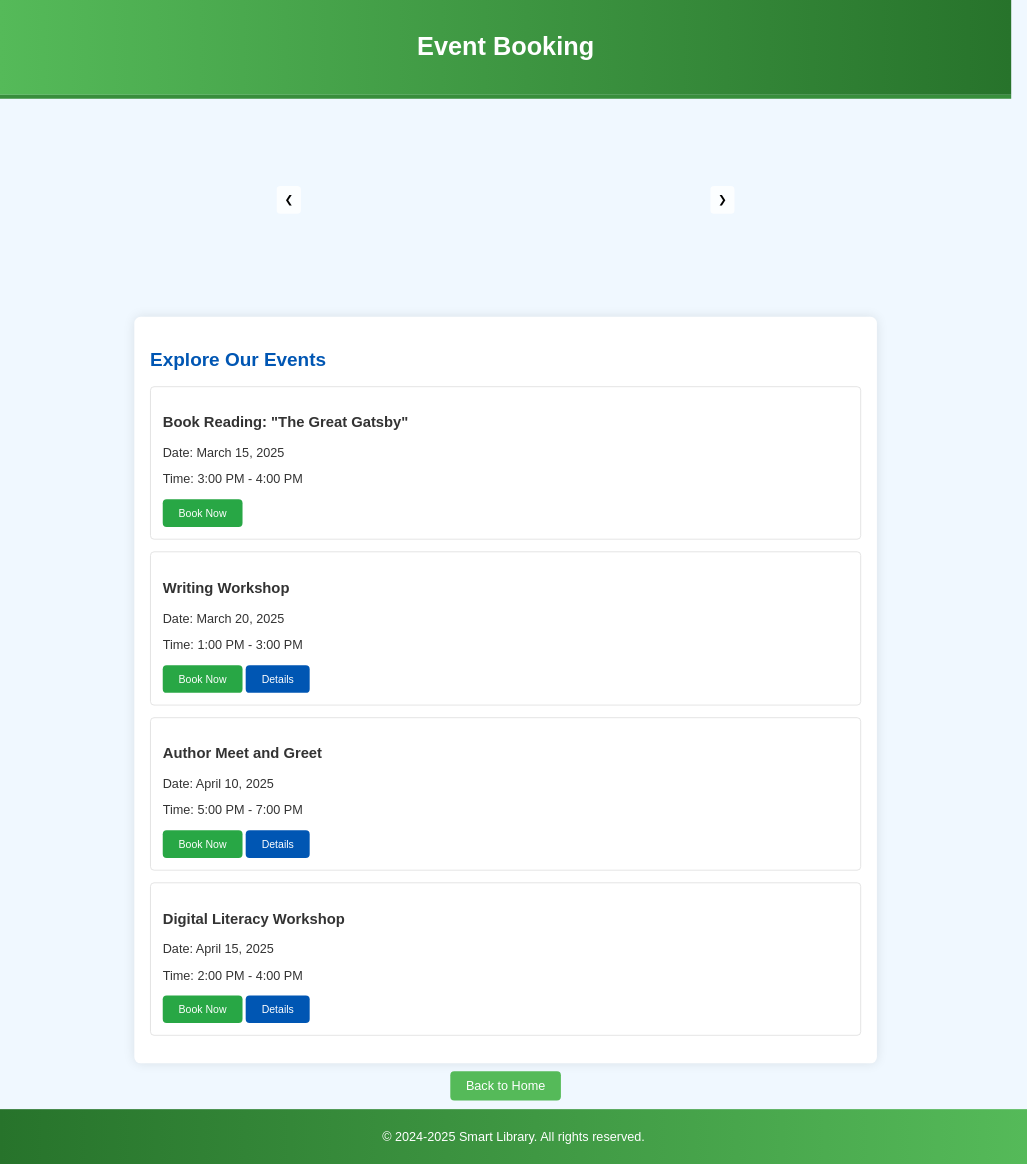
Repository: grebail/Comp-FYP
Page: public/event_booking.html
The author's editor kept a copy of each file at every save. The page is drawn from the files as they stood at one save, then again after a run of saves.
The browser window is 1280 px wide. The page is 1300 px wide, so the pictures cover 1300 px, including what lies to the right of the window. The pictures show the whole page, at 79% of full size.
The page's requests for data from a server got no answer.

Above is the page before, as saved 2025-04-05 03:05:34.

### public/event_booking.html
<!DOCTYPE html>
<html lang="en">
<head>
    <meta charset="UTF-8">
    <meta name="viewport" content="width=device-width, initial-scale=1.0">
    <title>Smart Library Event Booking</title>
    <style>
        body {
            font-family: 'Arial', sans-serif;
            margin: 0;
            padding: 0;
            background-color: #f0f8ff;
            color: #333;
        }
        header {
            background: linear-gradient(to right, #55ba59, #27732b);
            color: #fff;
            padding: 20px;
            text-align: center;
            border-bottom: 5px solid #388e3c; /* Slightly lighter green border */
        }
        .promo-container {
            max-width: 600px;
            position: relative;
            overflow: hidden;
            margin: 0 auto;
        }
        .promo-slider {
            display: flex;
            transition: transform 0.5s ease;
            width: calc(100% * 3);
        }
        .promo-slide {
            min-width: 100%;
            box-sizing: border-box;
            position: relative;
            place-items: center;
            left: 4%;
        }
        .promo-slide img {
            width: 25%;
            height: auto;
            border-radius: 8px;
            align-items: center;
        }
        .scroll-button {
            position: absolute;
            top: 50%;
            transform: translateY(-50%);
            background: rgba(255, 255, 255, 0.8);
            border: none;
            padding: 10px;
            cursor: pointer;
            border-radius: 5px;
            z-index: 10;
        }
        .scroll-left {
            left: 10px;
        }
        .scroll-right {
            right: 10px;
        }
        .container {
            max-width: 900px;
            margin: 20px auto;
            padding: 20px;
            background: #fff;
            border-radius: 8px;
            box-shadow: 0 0 15px rgba(0, 0, 0, 0.1);
        }

        h2 {
            color: #0056b3;
        }
        .event {
            border: 1px solid #ddd;
            margin: 15px 0;
            padding: 15px;
            border-radius: 5px;
            transition: box-shadow 0.3s;
        }
        .event:hover {
            box-shadow: 0 0 10px rgba(0, 0, 0, 0.2);
        }
        .book-button {
            background: #28a745;
            color: #fff;
            border: none;
            padding: 10px 20px;
            cursor: pointer;
            border-radius: 5px;
            transition: background 0.3s;
        }
        .book-button:hover {
            background: #218838;
        }


        .detail-button {
            background: #0056b3;
            color: #fff;
            border: none;
            padding: 10px 20px;
            cursor: pointer;
            border-radius: 5px;
            transition: background 0.3s;
        }
        .detail-button:hover {
            background: #014690;
        }


       .back-home {
            text-align: center;
            margin: 20px 0;
        }

        .back-home a {
            background-color: #55ba59; /* Green background */
            color: white;
            padding: 10px 20px;
            text-decoration: none;
            border-radius: 5px;
            transition: background-color 0.3s;
        }

        .back-home a:hover {
            background-color: #45a049; /* Darker green on hover */
        }

        footer {
            background: linear-gradient(to left, #55ba59, #27732b);
            color: #fff;
            padding: 10px;
            text-align: center;
            clear: both;
            position: relative;
            bottom: 0;
            width: 100%;
        }

        .modal {
            display: none;
            position: fixed;
            z-index: 1;
            left: 0;
            top: 0;
            width: 100%;
            height: 100%;
            overflow: auto;
            background-color: rgba(0,0,0,0.5);
            padding-top: 60px;
        }
        .modal-content {
            background-color: #fefefe;
            margin: 5% auto;
            padding: 20px;
            border: 1px solid #888;
            width: 80%;
            max-width: 500px;
        }
        .close {
            color: #aaa;
            float: right;
            font-size: 28px;
            font-weight: bold;
        }
        .close:hover,
        .close:focus {
            color: black;
            text-decoration: none;
            cursor: pointer;
        }
        #event-detail {
            line-height: 1.5; /* Optional: Improves readability */
        }

                /* Back to Home Button */
        .back-home {
            text-align: center;
            margin: 20px 0;
        }

        .back-home a {
            background-color: #55ba59; /* Green background */
            color: white;
            padding: 10px 20px;
            text-decoration: none;
            border-radius: 5px;
            transition: background-color 0.3s;
        }

        .back-home a:hover {
            background-color: #45a049; /* Darker green on hover */
        }

        /* Media Queries */

        @media (max-width: 768px) {
            header {
                padding: 15px;
            }
            .promo-container {
                max-width: 100%;
            }
            .promo-slide img {
                width: 90%; /* Larger on small screens */
            }
            .scroll-button {
                padding: 0.8rem;
                font-size: 1rem;
            }
            .container {
                padding: 10px;
            }
            .event {
                padding: 8px;
            }
            .book-button, .detail-button {
                font-size: 0.9rem;
            }
            .modal-content {
                width: 90%;
                margin: 15% auto;
            }
        }

        @media (max-width: 480px) {
            h1 {
                font-size: 1.5rem;
            }
            h2 {
                font-size: 1.2rem;
            }
            .promo-slide img {
                width: 100%;
            }
            .scroll-button {
                padding: 0.5rem;
                font-size: 0.9rem;
            }
            .event h3 {
                font-size: 1rem;
            }
            .event p {
                font-size: 0.9rem;
            }
            .back-home a {
                padding: 10px 20px;
                font-size: 0.9rem;
            }
            footer {
                font-size: 0.8rem;
            }
        }
    </style>
</head>
<body>

<header>
    <h1>Event Booking</h1>
</header>

<!-- Promotional Section -->
<div class ="promo-container">
    <button class="scroll-button scroll-left" onclick="slideLeft()">&#10094;</button>
    <div class="promo-slider" id="promoSlider">
        <div class="promo-slide">
            <img src="Event-Promotion-test.jpeg" alt="Promotion 1">
        </div>
        <div class="promo-slide">
            <img src="Event-Promotion-850x425.png" alt="Promotion 2">
        </div>
    </div>
    <button class="scroll-button scroll-right" onclick="slideRight()">&#10095;</button>
</div>

<!-- Booking  Section -->
<div class="container">
    <h2>Explore Our Events</h2>
    <div class="event">
        <h3>Book Reading: "The Great Gatsby"</h3>
        <p>Date: March 15, 2025</p>
        <p>Time: 3:00 PM - 4:00 PM</p>
        <p class="event-info" style="display: none;">
            Join us for a captivating reading of F. Scott Fitzgerald's classic novel, followed by a discussion on the American Dream.
        </p>
        <button class="book-button" onclick="bookEvent(this)">Book Now</button>

    </div>
    <div class="event">
        <h3>Writing Workshop</h3>
        <p>Date: March 20, 2025</p>
        <p>Time: 1:00 PM - 3:00 PM</p>
        <p class="event-info" style="display: none;">
            Used many time for drafting an essay. Join the workshop to enrich your writing skills.
        </p>
        <button class="book-button" onclick="openModal('Writing Workshop')">Book Now</button>
        <button class="detail-button" onclick="detailModal(this)">Details</button>
    </div>
    <div class="event">
        <h3>Author Meet and Greet</h3>
        <p>Date: April 10, 2025</p>
        <p>Time: 5:00 PM - 7:00 PM</p>
        <p class="event-info" style="display: none;">
            Meet and greet local famous author - Richard Tong. Sharing his life of being an author in Hong Kong and challenges.
        </p>
        <button class="book-button" onclick="bookEvent(this)">Book Now</button>
        <button class="detail-button" onclick="detailModal(this)">Details</button>
    </div>
    <div class="event">
        <h3>Digital Literacy Workshop</h3>
        <p>Date: April 15, 2025</p>
        <p>Time: 2:00 PM - 4:00 PM</p>
        <p class="event-info" style="display: none;">
            Sharing by a local vender company on the topic. Join our workshop to know more about that how are the technology helps with the library's development.
        </p>
        <button class="book-button" onclick="openModal('Digital Literacy Workshop')">Book Now</button>
        <button class="detail-button" onclick="detailModal(this)">Details</button>
    </div>
</div>

<!-- Modal -->
<div id="bookModal" class="modal">
    <div class="modal-content">
        <span class="close" onclick="closeModal()">&times;</span>
        <h2>Booking Confirmation</h2>
        <p id="event-name"></p>
        <form id="booking-form">
            <label for ="name">Name:</label><br>
            <input type="text" id="name" required><br><br>
            <label for="email">Email:</label><br>
            <input type="email" id="email" required><br><br>
            <button type="submit" class="book-button">Confirm Booking</button>
        </form>
    </div>
</div>

<div id="infoModal" class="modal">
    <div class="modal-content">
        <span class="close" onclick="closeModal()">&times;</span>
        <h2>Event Details</h2>
        <p id="event-name-info"></p><br>
        <p id="event-detail"></p>
    </div>
</div>

<div class="back-home">
    <a id="home-link" href="#">Back to Home</a>
</div>

<script>

    let currentIndex = 0;
    const slides = document.querySelectorAll('.promo-slide');
    const totalSlides = slides.length;

    function slideLeft() {
        if (currentIndex > 0) {
            currentIndex--;
            updateSliderPosition();
        }
    }

    function slideRight() {
        if (currentIndex < totalSlides - 1) {
            currentIndex++;
            updateSliderPosition();
        }
    }

    function updateSliderPosition() {
        const slider = document.getElementById('promoSlider');
        slider.style.transform = `translateX(-${currentIndex * 100}%)`;
    }

    setInterval(() => {
        if (currentIndex < totalSlides - 1) {
            currentIndex++;
        } else {
            currentIndex = 0;
        }
        updateSliderPosition();
    }, 5000);


    async function bookEvent(eventName, userName, userEmail) {
        try {
            const response = await fetch('/api/bookEvent', {
                method: 'POST',
                headers: { 'Content-Type': 'application/json' },
                body: JSON.stringify({ eventName, userName, userEmail })
            });

            const result = await response.json();

            if (!response.ok) {
                throw new Error(result.error || 'Failed to book the event.');
            }

            alert(`Booking confirmed for "${eventName}"! A confirmation email has been sent to: ${userEmail}`);
        } catch (error) {
            console.error('Error booking event:', error.message);
            alert('Error booking event. Please try again later.');
        }
    }

    // Closing logic remains unchanged
    document.addEventListener('DOMContentLoaded', function() {
        var modal = document.getElementById('infoModal');
        var span = document.getElementsByClassName('close')[0];

        span.onclick = function() {
            modal.style.display = 'none';
        };

        window.onclick = function(event) {
            if (event.target == modal) {
                modal.style.display = 'none';
            }
        };
    });




    document.addEventListener('DOMContentLoaded', async function () {
        try {
            // Fetch events from the API
            const response = await fetch('/api/events');
            const events = await response.json();

            if (!response.ok) {
                throw new Error(events.error || 'Failed to fetch events.');
            }

            // Display events dynamically
            const container = document.querySelector('.container');
            container.innerHTML = '<h2>Explore Our Events</h2>'; // Clear existing content

            events.forEach(event => {
                const eventDiv = document.createElement('div');
                eventDiv.classList.add('event');
                eventDiv.innerHTML = `
                    <h3>${event.title}</h3>
                    <p>Date: ${new Date(event.time).toLocaleDateString()}</p>
                    <p>Time: ${new Date(event.time).toLocaleTimeString([], { hour: '2-digit', minute: '2-digit' })}</p>
                    <button class="book-button" onclick="openModal('${event.title}')">Book Now</button>
                    <button class="detail-button">Details</button>
                `;
                container.appendChild(eventDiv);
            });
        } catch (error) {
            console.error('Error fetching events:', error.message);
            alert('Error fetching events. Please try again later.');
        }
    });

    window.onclick = function(event) {
        if (event.target == document.getElementById('bookModal')) {
            closeModal();
        }
    };

    document.addEventListener('DOMContentLoaded', function() {
        document.getElementById('home-link').addEventListener('click', function() {
            const userId = new URLSearchParams(window.location.search).get('userid');
            window.location.href = `index_userlogined.html?userid=${userId}`;
        });
    });
</script>

<footer>
    <p>&copy; 2024-2025 Smart Library. All rights reserved.</p>
</footer>

</body>
</html>

After the next 2 saves:
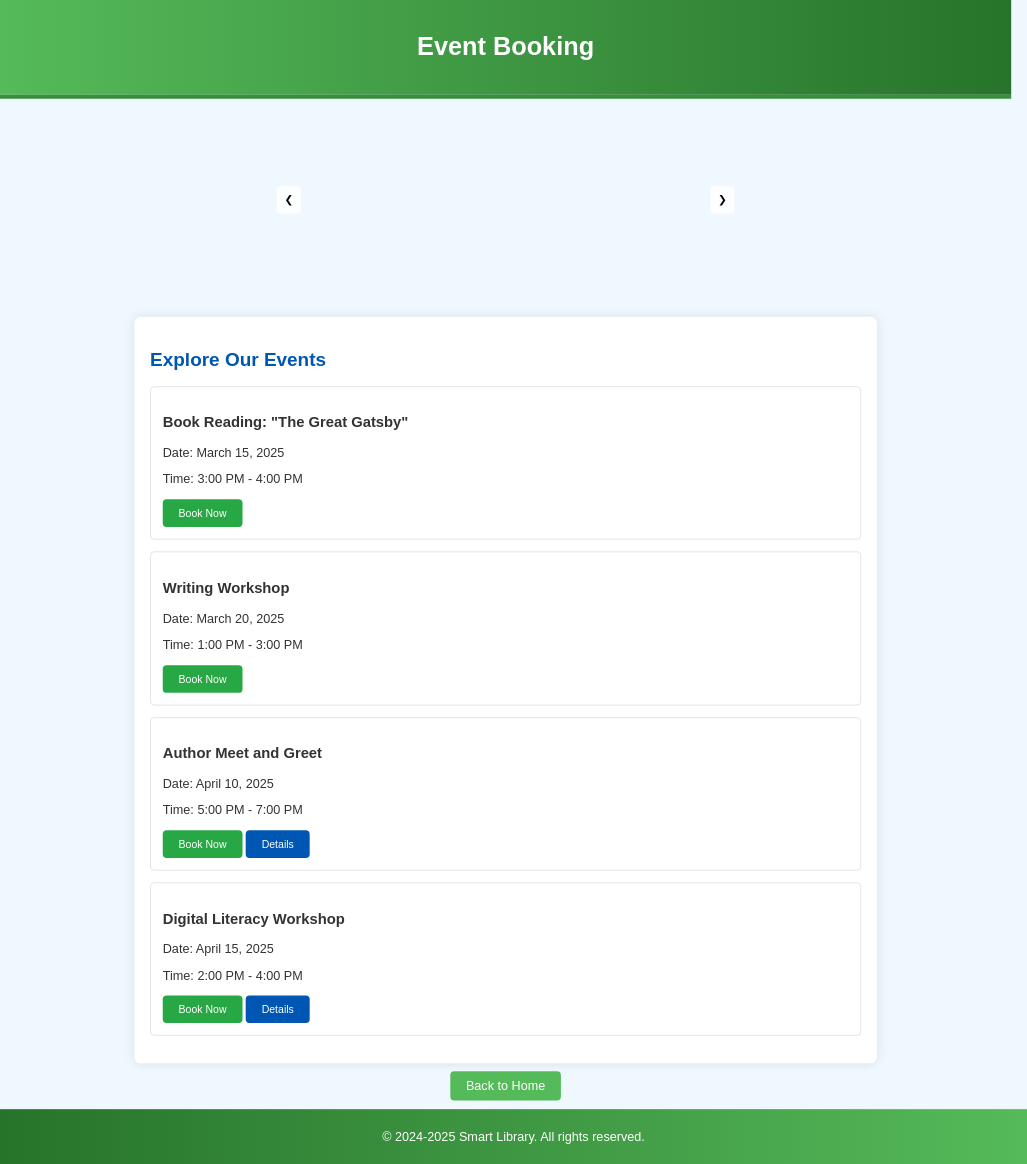
The 2 saves are shown as one change because they came seconds apart.
The last was saved 10 s later.
--- a/public/event_booking.html
+++ b/public/event_booking.html
@@ -295,8 +295,8 @@
         <p class="event-info" style="display: none;">
             Used many time for drafting an essay. Join the workshop to enrich your writing skills.
         </p>
-        <button class="book-button" onclick="openModal('Writing Workshop')">Book Now</button>
-        <button class="detail-button" onclick="detailModal(this)">Details</button>
+        <button class="book-button" onclick="bookEvent(this)">Book Now</button>
+
     </div>
     <div class="event">
         <h3>Author Meet and Greet</h3>
